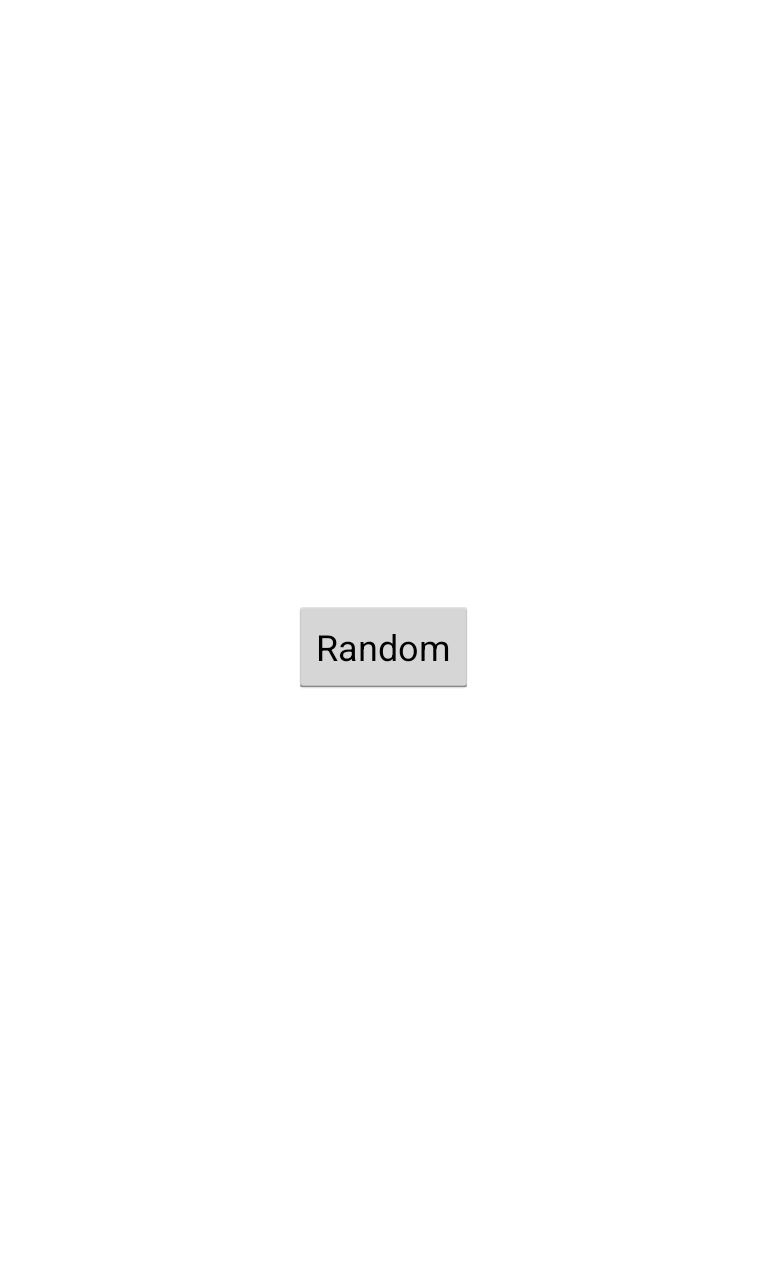
Repository: ek222mw/IDV436_API_Komponent
Layout: Labb1/res/layout/activity_main.xml
These files come from the project's save history. The layout is drawn as it stood at one moment and after the next save; the edit follows.
It is drawn on a 768 x 1280 px phone screen (xhdpi) without system bars, with theme AppTheme; the app's code is not run.

Above is the layout before, as saved 2014-11-17 10:38:34.

### Labb1/res/layout/activity_main.xml
<LinearLayout xmlns:android="http://schemas.android.com/apk/res/android"
    xmlns:tools="http://schemas.android.com/tools"
    android:layout_width="match_parent"
    android:layout_height="match_parent"
    android:paddingBottom="@dimen/activity_vertical_margin"
    android:paddingLeft="@dimen/activity_horizontal_margin"
    android:paddingRight="@dimen/activity_horizontal_margin"
    android:paddingTop="@dimen/activity_vertical_margin"
    tools:context="com.example.labb1.MainActivity"
    android:orientation="vertical"
     >


      <TextView
        android:id="@+id/randomInt"
        android:layout_width="wrap_content"
        android:layout_height="wrap_content"
        android:text="@string/randomInt"
        android:layout_gravity="center"
        android:textSize="100sp"
         />

    <Button
        android:id="@+id/button_send"
        android:layout_width="wrap_content"
        android:layout_height="wrap_content"
        android:text="@string/random"

      	android:layout_marginTop="150dp"
      	android:layout_gravity="center"
        />





</LinearLayout>

### Labb1/res/values/strings.xml
<?xml version="1.0" encoding="utf-8"?>
<resources>

    <string name="app_name">Labb1</string>
    <string name="hello_world">Hello world!</string>
    <string name="action_settings">Settings</string>
    <string name="random">Random</string>
    <string name="randomInt"></string>

</resources>

Loaded but not shown: Labb1/res/values/styles.xml (common file); Labb1/res/values-v11/styles.xml (common file); Labb1/res/values-v14/styles.xml (common file); Labb1/res/values/dimens.xml (common file); Labb1/res/values-w820dp/dimens.xml (common file)

After the next save:
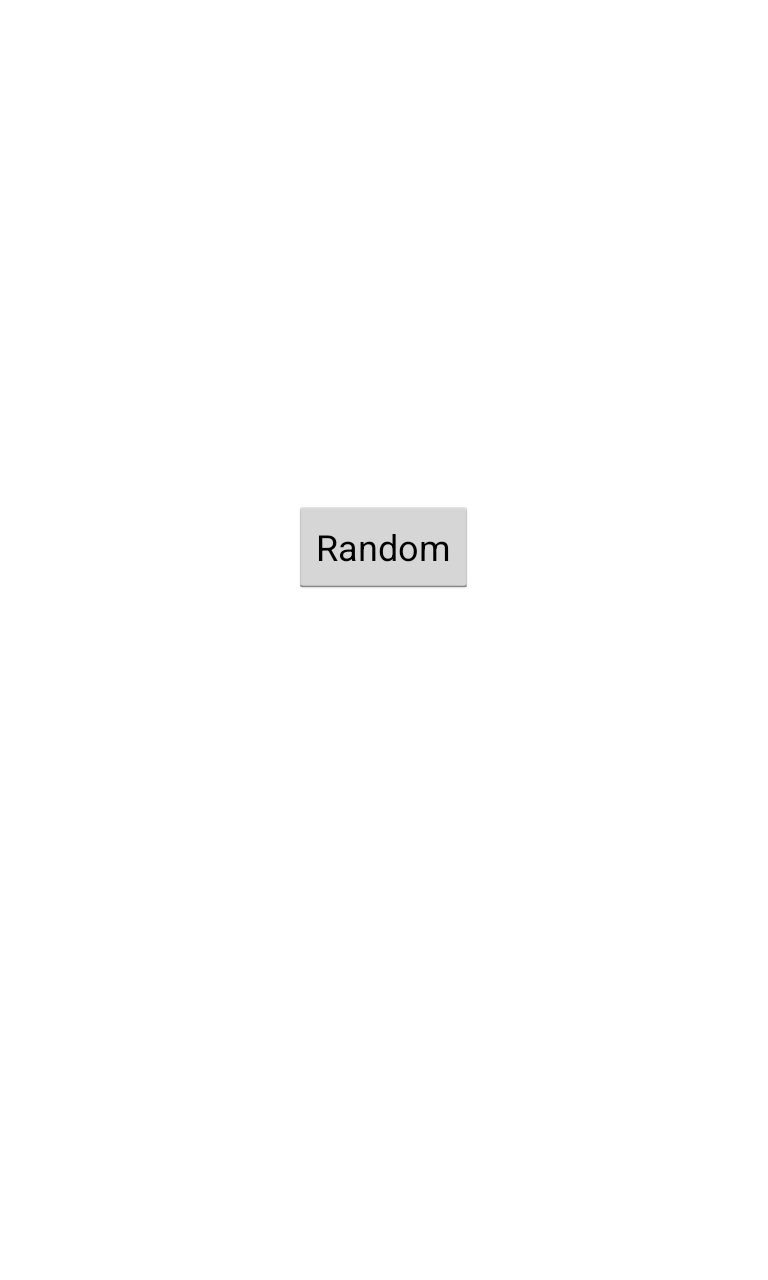
Saved 58 s later.
--- a/Labb1/res/layout/activity_main.xml
+++ b/Labb1/res/layout/activity_main.xml
@@ -26,7 +26,7 @@
         android:layout_height="wrap_content"
         android:text="@string/random"
 
-      	android:layout_marginTop="150dp"
+      	android:layout_marginTop="100dp"
       	android:layout_gravity="center"
         />
 
